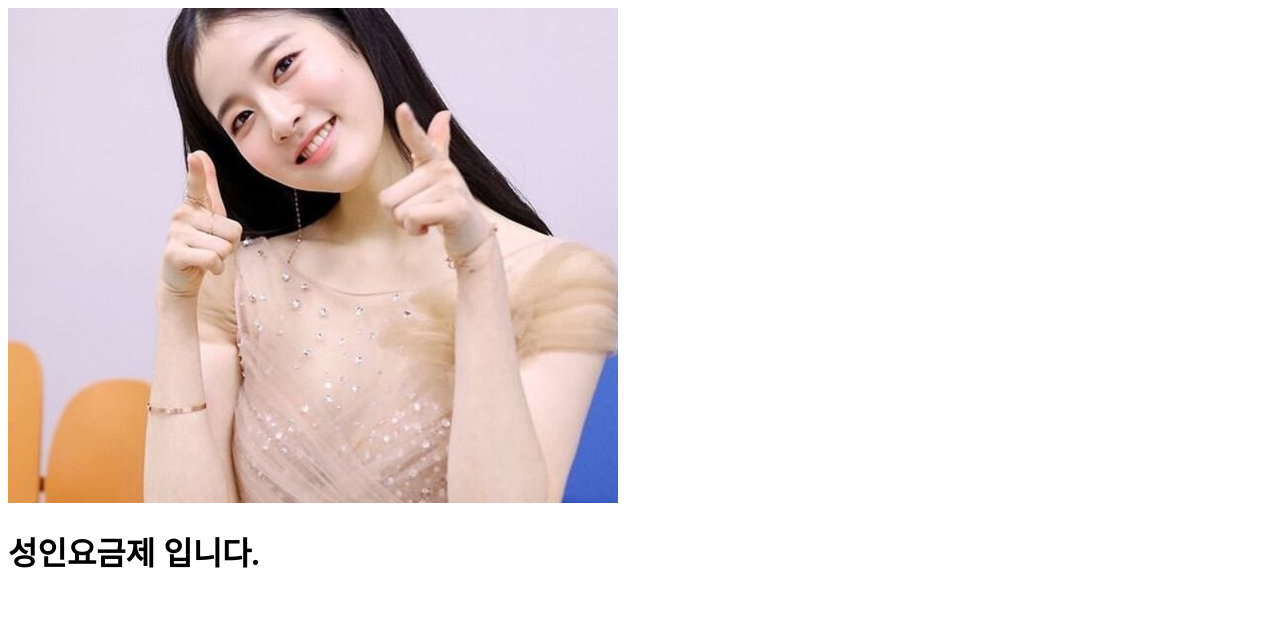
Repository: JongMin22/jsp.practice
Page: http://localhost/JSPBasic/JspObject/4.objecttest/bus_adult.jsp
The author's editor kept a copy of each file at every save. The page is drawn from the files as they stood at one save, then again after the next save.
The browser window is 1280 px wide. The pictures show the whole page.
The page is served by Tomcat 9.

Above is the page before, as saved 2022-02-07 05:29:22.

### JSPBasic/src/main/webapp/JspObject/4.objecttest/bus_adult.jsp
<%@ page language="java" contentType="text/html; charset=UTF-8"
    pageEncoding="UTF-8"%>
<!DOCTYPE html>
<html>
<head>
<meta charset="UTF-8">
<title>Insert title here</title>
</head>
<body>
<img src="reporsitory/성인.jpg">
<h1>성인요금제 입니다.</h1>

</body>
</html>

After the next save:
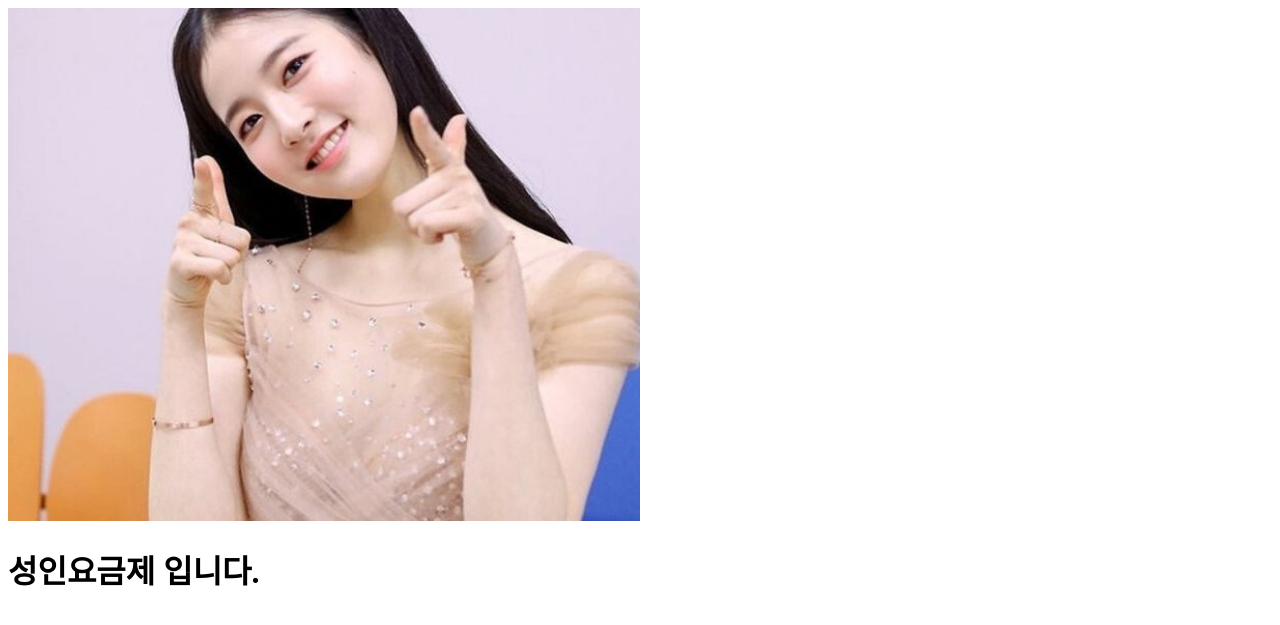
Saved 3 s later.
--- a/JSPBasic/src/main/webapp/JspObject/4.objecttest/bus_adult.jsp
+++ b/JSPBasic/src/main/webapp/JspObject/4.objecttest/bus_adult.jsp
@@ -7,7 +7,7 @@
 <title>Insert title here</title>
 </head>
 <body>
-<img src="reporsitory/성인.jpg">
+<img src="reporsitory/성인.jpg" width="50%" height="50%">
 <h1>성인요금제 입니다.</h1>
 
 </body>
